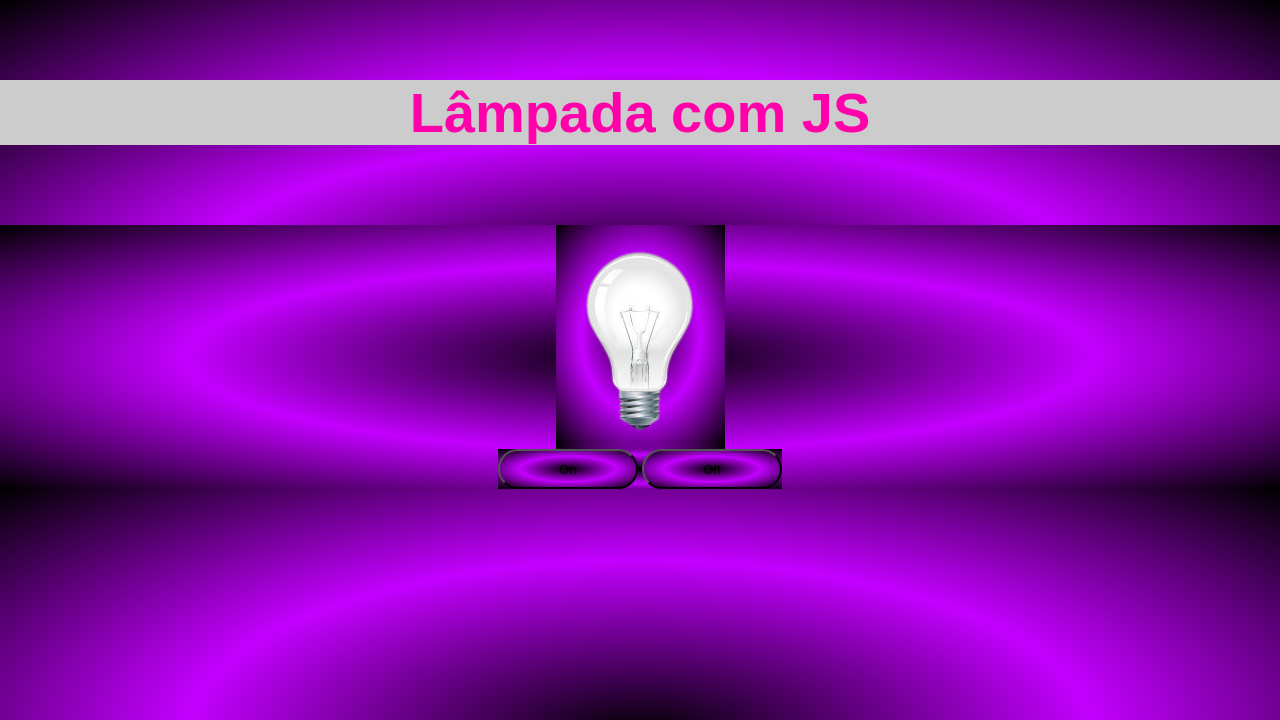
Repository: kahut-gdd/lampadaComJs
Page: index.html
The author's editor kept a copy of each file at every save. The page is drawn from the files as they stood at one save, then again after the next save.
The browser window is 1280 px wide. The pictures show the whole page.

Above is the page before, as saved 2022-06-25 13:05:56.

### index.html
<!DOCTYPE html>
<html lang="pt-br">
<head>
    <meta charset="UTF-8">
    <meta http-equiv="X-UA-Compatible" content="IE=edge">
    <meta name="viewport" content="width=device-width, initial-scale=1.0">
    <title>LampadaComJs</title>
    <style>
        *{
            margin: 0;
            padding: 0;
            background: radial-gradient(black, rgb(195, 0, 255), black);
            align-items: center;
        }
        h1{
            background: #ccc;
            color: rgb(255, 0, 170);
            text-align: center;
            font-size: 3.5rem;
            font-family: sans-serif;
        }
        head, main{
            margin-top: 80px;
            display: flex;
            flex-direction: column;
            align-items: center;
            cursor: pointer;
        }
        button{
            width: 140px;
            height: 40px;
            background-color: rgb(231, 231, 231);
            color: #000;
            cursor: pointer;
            border-radius: 60px;

        }
        #turnOn:hover{
            background: rgb(84, 247, 84);
            color: aliceblue;
            font-size: 1.2rem;
        }
        #turnOff:hover{
            background: rgb(255, 0, 55);
            color: aliceblue;
            font-size: 1.2rem;
        }
    </style>
</head>
<body>
    <header>
        <h1>Lâmpada com JS</h1>
    </header>
    <main>
        <div>
            <img src="./img/desligada.png" alt="Lámpada" id="lamp">
        </div>
        <div>
            <button id="turnOn">On</button>
            <button id="turnOff">Off</button>
        </div>
    </main>


    <script>
        const turnOn = document.getElementById('turnOn');
        const turnOff = document.getElementById('turnOff');
        const lamp = document.getElementById('lamp');

        function isLampBroken(){
            return lamp.src.indexOf('quebrada') > -1;
        }

        function lampOn(){
            if(!isLampBroken()){
            lamp.src = './img/ligada.png';
            }
        }

        function lampOff(){
            if(!isLampBroken()){
            lamp.src = './img/desligada.png';
            }
        }
        function lampBroken(){
            lamp.src = './img/quebrada.png';
        }

        turnOn.addEventListener('click', lampOn);
        turnOff.addEventListener('click', lampOff);
        lamp.addEventListener('mouseover', lampOn);
        lamp.addEventListener('mouseleave', lampOff);
        lamp.addEventListener('dblclick', lampBroken);

    </script>
</body>
</html>

After the next save:
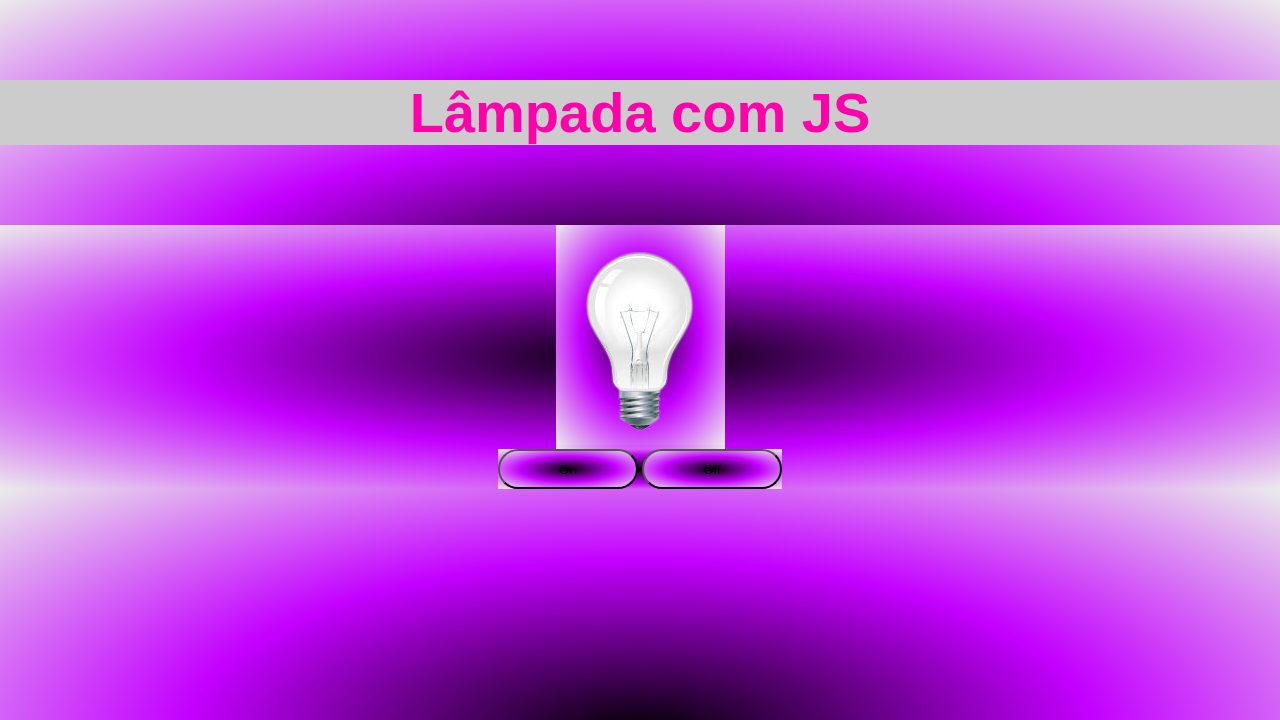
Saved 22 s later.
--- a/index.html
+++ b/index.html
@@ -9,7 +9,7 @@
         *{
             margin: 0;
             padding: 0;
-            background: radial-gradient(black, rgb(195, 0, 255), black);
+            background: radial-gradient(black, rgb(195, 0, 255), rgb(235, 235, 235));
             align-items: center;
         }
         h1{
